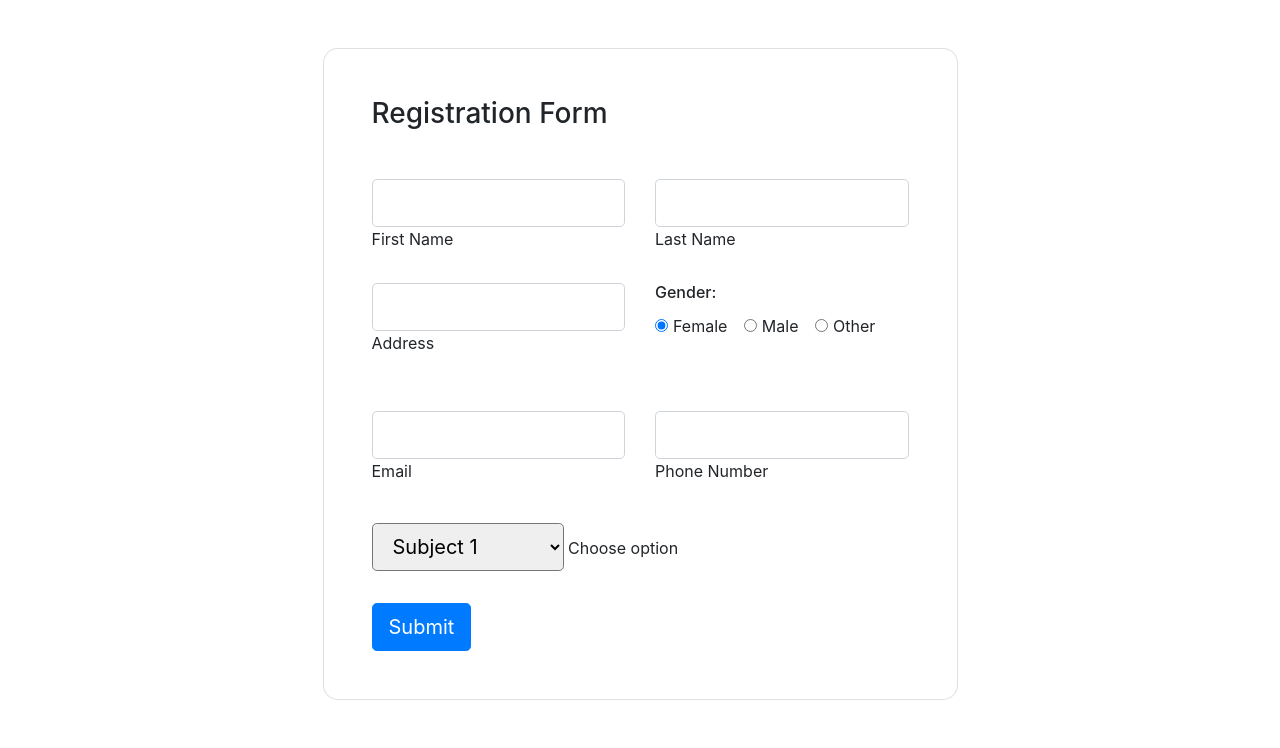
Repository: KeithKeithZ/libapp
Page: http://localhost/userRegister
The author's editor kept a copy of each file at every save. The page is drawn from the files as they stood at one save, then again after a run of saves.
The browser window is 1280 px wide. The pictures show the whole page.
The page is served by the project's Laravel application, run on PHP 8.4 with Laravel 8. Other server files are loaded and not shown.

Above is the page before, as saved 2021-12-03 10:57:03.

### routes/web.php
<?php

use Illuminate\Support\Facades\Route;

/*
|--------------------------------------------------------------------------
| Web Routes
|--------------------------------------------------------------------------
|
| Here is where you can register web routes for your application. These
| routes are loaded by the RouteServiceProvider within a group which
| contains the "web" middleware group. Now create something great!
|
*/

Route::get('/', function () {
    return view('welcome');
});

Route::get('/Users', function () {
    return view('users');
});

Route::get('/userLogin', function () {
    return view('userSignIn');
});

Route::get('/userRegister', function () {
    return view('userRegister');
});

### resources/views/userRegister.blade.php
<!DOCTYPE html>
<html lang="{{ str_replace('_', '-', app()->getLocale()) }}">
    <head>
        <title>Bootstrap Example</title>
        <meta charset="utf-8">
        <meta name="viewport" content="width=device-width, initial-scale=1">
        <link rel="stylesheet" href="https://stackpath.bootstrapcdn.com/bootstrap/4.1.3/css/bootstrap.min.css" integrity="sha384-MCw98/SFnGE8fJT3GXwEOngsV7Zt27NXFoaoApmYm81iuXoPkFOJwJ8ERdknLPMO" crossorigin="anonymous">
        <script src="https://code.jquery.com/jquery-3.3.1.slim.min.js" integrity="sha384-q8i/X+965DzO0rT7abK41JStQIAqVgRVzpbzo5smXKp4YfRvH+8abtTE1Pi6jizo" crossorigin="anonymous"></script>
        <script src="https://cdnjs.cloudflare.com/ajax/libs/popper.js/1.14.3/umd/popper.min.js" integrity="sha384-ZMP7rVo3mIykV+2+9J3UJ46jBk0WLaUAdn689aCwoqbBJiSnjAK/l8WvCWPIPm49" crossorigin="anonymous"></script>
        <script src="https://stackpath.bootstrapcdn.com/bootstrap/4.1.3/js/bootstrap.min.js" integrity="sha384-ChfqqxuZUCnJSK3+MXmPNIyE6ZbWh2IMqE241rYiqJxyMiZ6OW/JmZQ5stwEULTy" crossorigin="anonymous"></script>
    </head>

    <section class="vh-100 gradient-custom">
        <div class="container py-5 h-100">
            <div class="row justify-content-center align-items-center h-100">
            <div class="col-12 col-lg-9 col-xl-7">
                <div class="card shadow-2-strong card-registration" style="border-radius: 15px;">
                <div class="card-body p-4 p-md-5">
                    <h3 class="mb-4 pb-2 pb-md-0 mb-md-5">Registration Form</h3>
                    <form>

                    <div class="row">
                        <div class="col-md-6 mb-4">

                        <div class="form-outline">
                            <input type="text" id="firstName" class="form-control form-control-lg" />
                            <label class="form-label" for="firstName">First Name</label>
                        </div>

                        </div>
                        <div class="col-md-6 mb-4">

                        <div class="form-outline">
                            <input type="text" id="lastName" class="form-control form-control-lg" />
                            <label class="form-label" for="lastName">Last Name</label>
                        </div>

                        </div>
                    </div>

                    <div class="row">
                        <div class="col-md-6 mb-4 d-flex align-items-center">

                        <div class="form-outline mb-4">
                            <input type="text" id="form3Example8" class="form-control form-control-lg" />
                            <label class="form-label" for="form3Example8">Address</label>
                        </div>

                        </div>
                        <div class="col-md-6 mb-4">

                        <h6 class="mb-2 pb-1">Gender: </h6>

                        <div class="form-check form-check-inline">
                            <input
                            class="form-check-input"
                            type="radio"
                            name="inlineRadioOptions"
                            id="femaleGender"
                            value="option1"
                            checked
                            />
                            <label class="form-check-label" for="femaleGender">Female</label>
                        </div>

                        <div class="form-check form-check-inline">
                            <input
                            class="form-check-input"
                            type="radio"
                            name="inlineRadioOptions"
                            id="maleGender"
                            value="option2"
                            />
                            <label class="form-check-label" for="maleGender">Male</label>
                        </div>

                        <div class="form-check form-check-inline">
                            <input
                            class="form-check-input"
                            type="radio"
                            name="inlineRadioOptions"
                            id="otherGender"
                            value="option3"
                            />
                            <label class="form-check-label" for="otherGender">Other</label>
                        </div>

                        </div>
                    </div>

                    <div class="row">
                        <div class="col-md-6 mb-4 pb-2">

                        <div class="form-outline">
                            <input type="email" id="emailAddress" class="form-control form-control-lg" />
                            <label class="form-label" for="emailAddress">Email</label>
                        </div>

                        </div>
                        <div class="col-md-6 mb-4 pb-2">

                        <div class="form-outline">
                            <input type="tel" id="phoneNumber" class="form-control form-control-lg" />
                            <label class="form-label" for="phoneNumber">Phone Number</label>
                        </div>

                        </div>
                    </div>

                    <div class="row">
                        <div class="col-12">

                        <select class="select form-control-lg">
                            <option value="1" disabled>Choose option</option>
                            <option value="2">Subject 1</option>
                            <option value="3">Subject 2</option>
                            <option value="4">Subject 3</option>
                        </select>
                        <label class="form-label select-label">Choose option</label>

                        </div>
                    </div>

                    <div class="mt-4 pt-2">
                        <input class="btn btn-primary btn-lg" type="submit" value="Submit" />
                    </div>

                    </form>
                </div>
                </div>
            </div>
            </div>
        </div>
    </section>

</html>

After the next 2 saves:
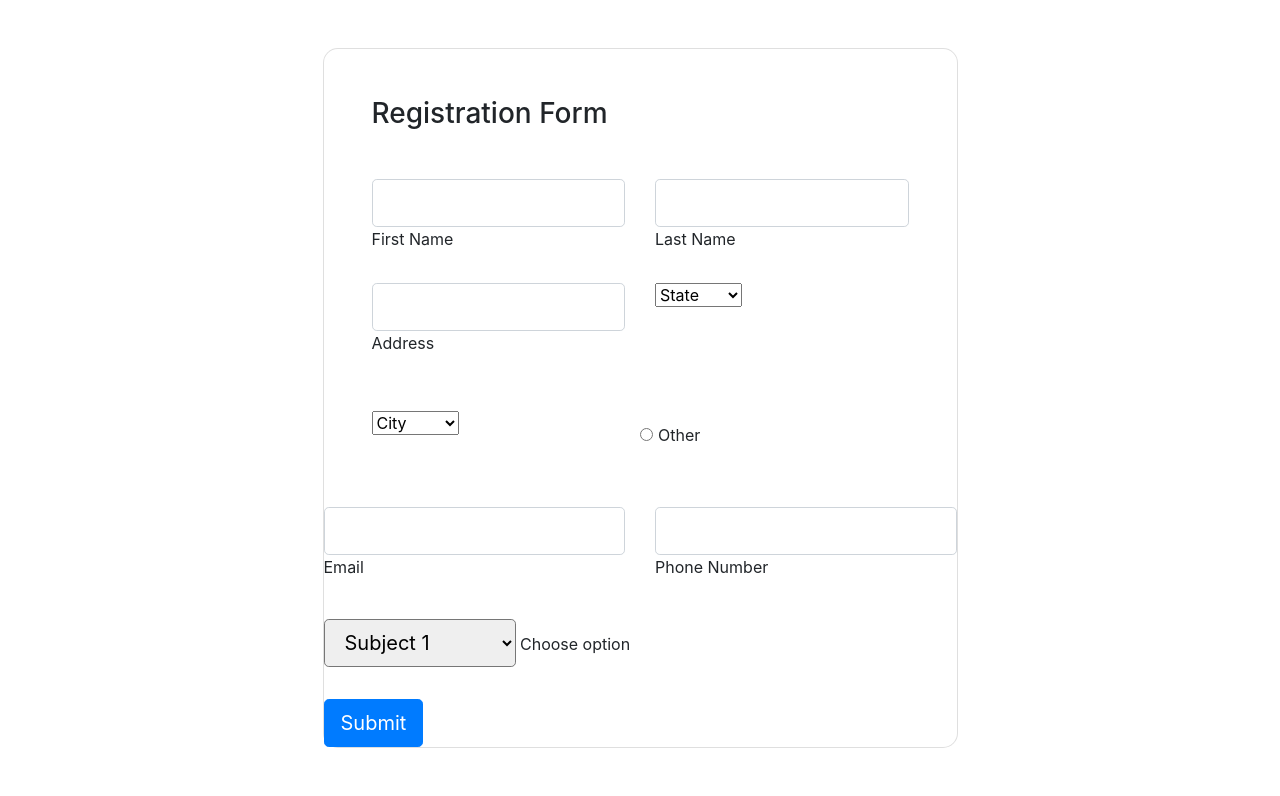
The 2 saves are shown as one change because they came seconds apart.
The last was saved 54 s later.
--- a/resources/views/userRegister.blade.php
+++ b/resources/views/userRegister.blade.php
@@ -49,29 +49,24 @@
                         </div>
                         <div class="col-md-6 mb-4">
 
-                        <h6 class="mb-2 pb-1">Gender: </h6>
+                        <select class="select">
+                            <option value="1">State</option>
+                            <option value="2">Option 1</option>
+                            <option value="3">Option 2</option>
+                            <option value="4">Option 3</option>
+                        </select>
 
-                        <div class="form-check form-check-inline">
-                            <input
-                            class="form-check-input"
-                            type="radio"
-                            name="inlineRadioOptions"
-                            id="femaleGender"
-                            value="option1"
-                            checked
-                            />
-                            <label class="form-check-label" for="femaleGender">Female</label>
                         </div>
 
-                        <div class="form-check form-check-inline">
-                            <input
-                            class="form-check-input"
-                            type="radio"
-                            name="inlineRadioOptions"
-                            id="maleGender"
-                            value="option2"
-                            />
-                            <label class="form-check-label" for="maleGender">Male</label>
+                        <div class="col-md-6 mb-4">
+
+                            <select class="select">
+                            <option value="1">City</option>
+                            <option value="2">Option 1</option>
+                            <option value="3">Option 2</option>
+                            <option value="4">Option 3</option>
+                            </select>
+
                         </div>
 
                         <div class="form-check form-check-inline">
